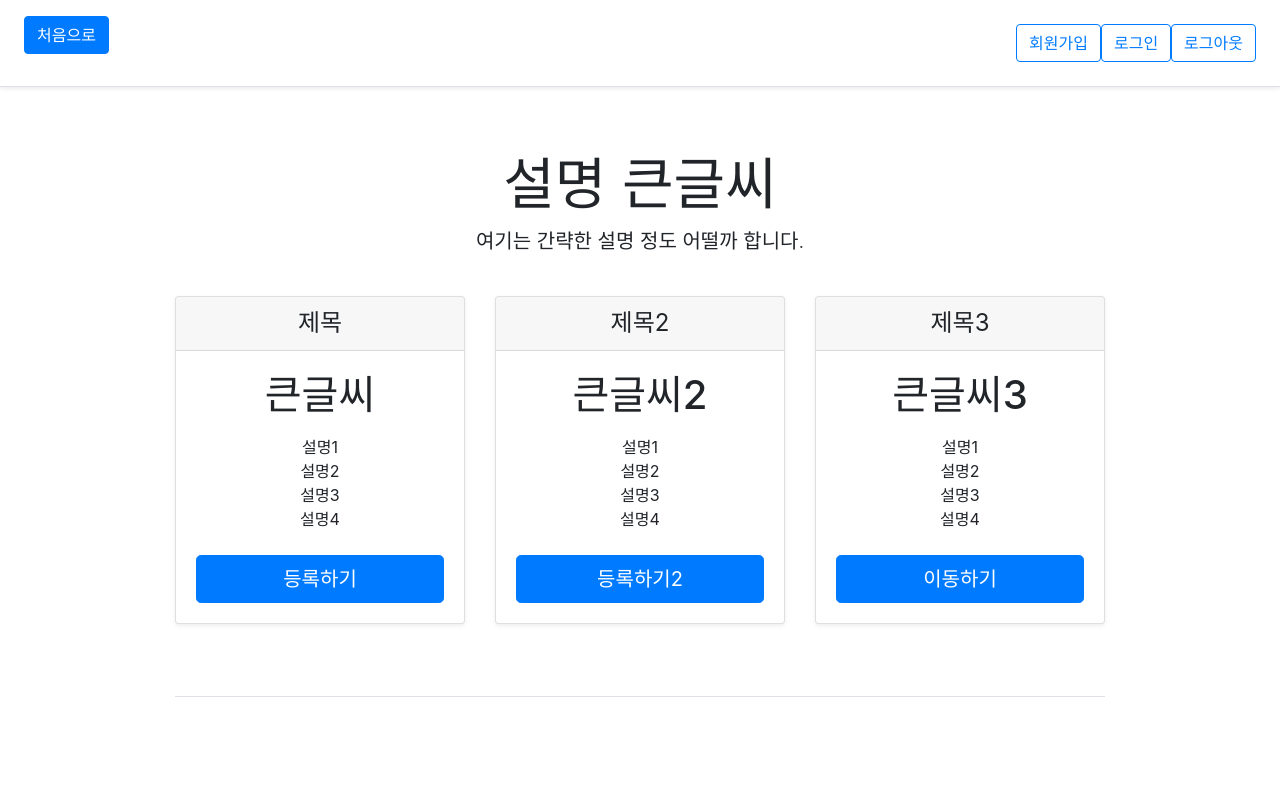
Repository: SettingRhino/innogleantmanager
Page: http://localhost/antmanager/WEB-INF/views/home.jsp
The author's editor kept a copy of each file at every save. The page is drawn from the files as they stood at one save, then again after the next save.
The browser window is 1280 px wide. The pictures show the whole page.
The page is served by Tomcat 9. Nobody is signed in. Other server files are loaded and not shown. The template is opened directly, without the code that normally fills it, so the values that code supplies are empty.

Above is the page before, as saved 2020-06-09 02:42:16.

### antmanager/src/main/webapp/WEB-INF/views/home.jsp
<%@ page language="java" contentType="text/html; charset=UTF-8"
	pageEncoding="UTF-8"%>
<%@ taglib uri="http://java.sun.com/jsp/jstl/core" prefix="c" %>

<!doctype html>
<html>
  <head>
    <meta charset="utf-8">
    <meta name="viewport" content="width=device-width, initial-scale=1, shrink-to-fit=no">
    <meta name="description" content="">
    <meta name="author" content="Mark Otto, Jacob Thornton, and Bootstrap contributors">
    <meta name="generator" content="Jekyll v4.0.1">
    <title>Pricing example · Bootstrap</title>

    <link rel="canonical" href="https://getbootstrap.com/docs/4.5/examples/pricing/">

    <link rel="stylesheet" href="https://stackpath.bootstrapcdn.com/bootstrap/4.4.1/css/bootstrap.min.css" integrity="sha384-Vkoo8x4CGsO3+Hhxv8T/Q5PaXtkKtu6ug5TOeNV6gBiFeWPGFN9MuhOf23Q9Ifjh" crossorigin="anonymous">

    <style>
      .bd-placeholder-img {
        font-size: 1.125rem;
        text-anchor: middle;
        -webkit-user-select: none;
        -moz-user-select: none;
        -ms-user-select: none;
        user-select: none;
      }

      @media (min-width: 768px) {
        .bd-placeholder-img-lg {
          font-size: 3.5rem;
        }
      }
    </style>
    <!-- Custom styles for this template -->

    <link href= "<c:url value="/resources/css/pricing.css"/>" rel="stylesheet">
  </head>
  <body>
	<div
		class="d-flex flex-column flex-md-row align-items-center p-3 px-md-4 mb-3 bg-white border-bottom shadow-sm">
		<h5 class="my-0 mr-md-auto font-weight-normal">
			<p align="center">
				<a href="<c:url value="/"/>" class="btn btn-primary" role="button">처음으로</a>
			</p>
		</h5>
		<nav class="my-2 my-md-0 mr-md-3"></nav>

		<a class="btn btn-outline-primary"href="<c:url value="/user/signup"/>">회원가입</a>
		<a class="btn btn-outline-primary" href="<c:url value="/login"/>">로그인</a>
		<a class="btn btn-outline-primary" href="<c:url value="/logout"/>">로그아웃</a>
	</div>


	<div class="pricing-header px-3 py-3 pt-md-5 pb-md-4 mx-auto text-center">
  <h1 class="display-4">설명 큰글씨</h1>
  <p class="lead">여기는 간략한 설명 정도 어떨까 합니다.</p>
</div>

<div class="container">
  <div class="card-deck mb-3 text-center">
    <div class="card mb-4 shadow-sm">
      <div class="card-header">
        <h4 class="my-0 font-weight-normal">제목</h4>
      </div>
      <div class="card-body">
        <h1 class="card-title pricing-card-title">큰글씨</h1>
        <ul class="list-unstyled mt-3 mb-4">
          <li>설명1</li>
          <li>설명2</li>
          <li>설명3</li>
          <li>설명4</li>
        </ul>
        <a class="btn btn-lg btn-block btn-primary" href="<c:url value="/diary/view"/>"> 등록하기</a>
      </div>
    </div>
    <div class="card mb-4 shadow-sm">
      <div class="card-header">
        <h4 class="my-0 font-weight-normal">제목2</h4>
      </div>
      <div class="card-body">
        <h1 class="card-title pricing-card-title">큰글씨2</h1>
        <ul class="list-unstyled mt-3 mb-4">
          <li>설명1</li>
          <li>설명2</li>
          <li>설명3</li>
          <li>설명4</li>
        </ul>
        <button type="button" class="btn btn-lg btn-block btn-primary"href="#">등록하기2</button>
      </div>
    </div>
    <div class="card mb-4 shadow-sm">
      <div class="card-header">
        <h4 class="my-0 font-weight-normal">제목3</h4>
      </div>
      <div class="card-body">
        <h1 class="card-title pricing-card-title">큰글씨3</h1>
        <ul class="list-unstyled mt-3 mb-4">
       <li>설명1</li>
          <li>설명2</li>
          <li>설명3</li>
          <li>설명4</li>
        </ul>
        <button type="button" class="btn btn-lg btn-block btn-primary"href="#">이동하기</button>
      </div>
    </div>
  </div>

  <footer class="pt-4 my-md-5 pt-md-5 border-top">
  <!--
    <div class="row">
      <div class="col-12 col-md">
        <img class="mb-2" src="/docs/4.5/assets/brand/bootstrap-solid.svg" alt="" width="24" height="24">
        <small class="d-block mb-3 text-muted">&copy; 2017-2020</small>
      </div>
      <div class="col-6 col-md">
        <h5>Features</h5>
        <ul class="list-unstyled text-small">
          <li><a class="text-muted" href="#">Cool stuff</a></li>
          <li><a class="text-muted" href="#">Random feature</a></li>
          <li><a class="text-muted" href="#">Team feature</a></li>
          <li><a class="text-muted" href="#">Stuff for developers</a></li>
          <li><a class="text-muted" href="#">Another one</a></li>
          <li><a class="text-muted" href="#">Last time</a></li>
        </ul>
      </div>
      <div class="col-6 col-md">
        <h5>Resources</h5>
        <ul class="list-unstyled text-small">
          <li><a class="text-muted" href="#">Resource</a></li>
          <li><a class="text-muted" href="#">Resource name</a></li>
          <li><a class="text-muted" href="#">Another resource</a></li>
          <li><a class="text-muted" href="#">Final resource</a></li>
        </ul>
      </div>
      <div class="col-6 col-md">
        <h5>About</h5>
        <ul class="list-unstyled text-small">
          <li><a class="text-muted" href="#">Team</a></li>
          <li><a class="text-muted" href="#">Locations</a></li>
          <li><a class="text-muted" href="#">Privacy</a></li>
          <li><a class="text-muted" href="#">Terms</a></li>
        </ul>
      </div>
    </div> -->
  </footer>
</div>
</body>
</html>

### antmanager/src/main/webapp/resources/css/pricing.css
@charset "UTF-8";
html {
  font-size: 14px;
}
@media (min-width: 768px) {
  html {
    font-size: 16px;
  }
}

.container {
  max-width: 960px;
}

.pricing-header {
  max-width: 700px;
}

.card-deck .card {
  min-width: 220px;
}

After the next save:
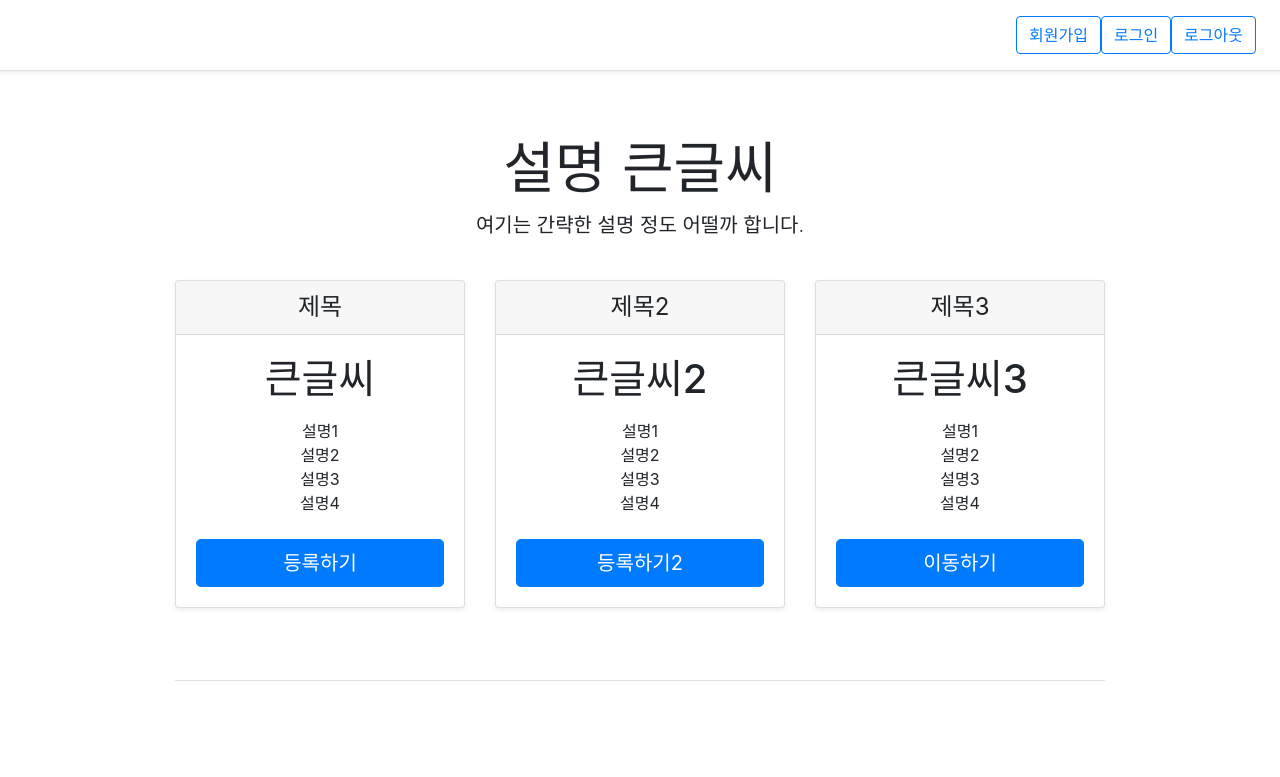
Saved 11 s later.
--- a/antmanager/src/main/webapp/WEB-INF/views/home.jsp
+++ b/antmanager/src/main/webapp/WEB-INF/views/home.jsp
@@ -40,8 +40,7 @@
 	<div
 		class="d-flex flex-column flex-md-row align-items-center p-3 px-md-4 mb-3 bg-white border-bottom shadow-sm">
 		<h5 class="my-0 mr-md-auto font-weight-normal">
-			<p align="center">
-				<a href="<c:url value="/"/>" class="btn btn-primary" role="button">처음으로</a>
+			</a>
 			</p>
 		</h5>
 		<nav class="my-2 my-md-0 mr-md-3"></nav>
